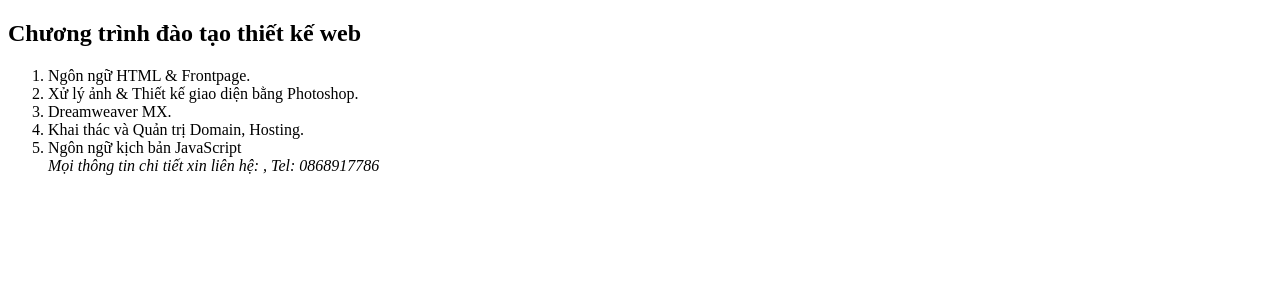
Repository: tuiladev/TKW
Page: ListTag/index.html
These files come from the project's save history. The page is drawn as it stood at one moment and after the next save; the edit follows.
The browser window is 1280 px wide. The pictures show the whole page.

Above is the page before, as saved 2022-03-15 22:40:31.

After the next save:
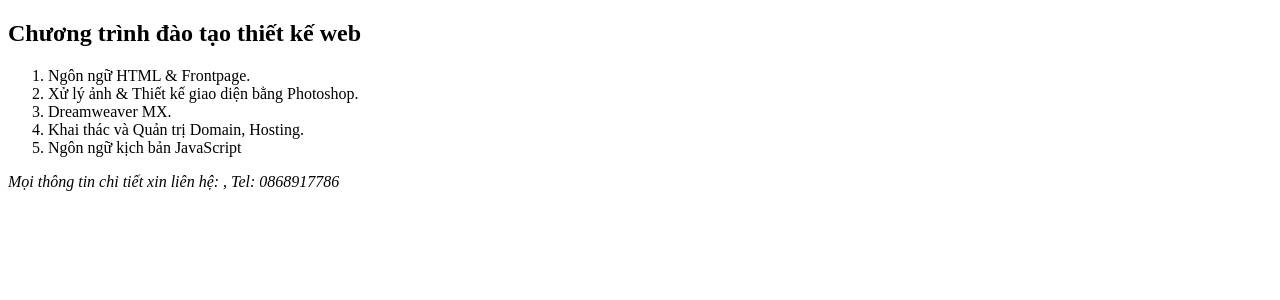
Saved 6 s later.
--- a/ListTag/index.html
+++ b/ListTag/index.html
@@ -11,15 +11,17 @@
       <h2 class="program__title">Chương trình đào tạo thiết kế web</h2>
       <ol class="program__list">
         <li class="program__item">Ngôn ngữ HTML & Frontpage.</li>
-        <li class="program__item">Xử lý ảnh & Thiết kế giao diện bằng Photoshop.</li>
+        <li class="program__item">
+          Xử lý ảnh & Thiết kế giao diện bằng Photoshop.
+        </li>
         <li class="program__item">Dreamweaver MX.</li>
         <li class="program__item">Khai thác và Quản trị Domain, Hosting.</li>
         <li class="program__item">Ngôn ngữ kịch bản JavaScript</li>
-        <em class="program__info"
-          >Mọi thông tin chi tiết xin liên hệ: <a href="webmaster@dotnet.vn"></a>,
-          Tel: 0868917786</em
-        >
       </ol>
+      <em class="program__info"
+        >Mọi thông tin chi tiết xin liên hệ: <a href="webmaster@dotnet.vn"></a>,
+        Tel: 0868917786</em
+      >
     </section>
   </body>
 </html>
